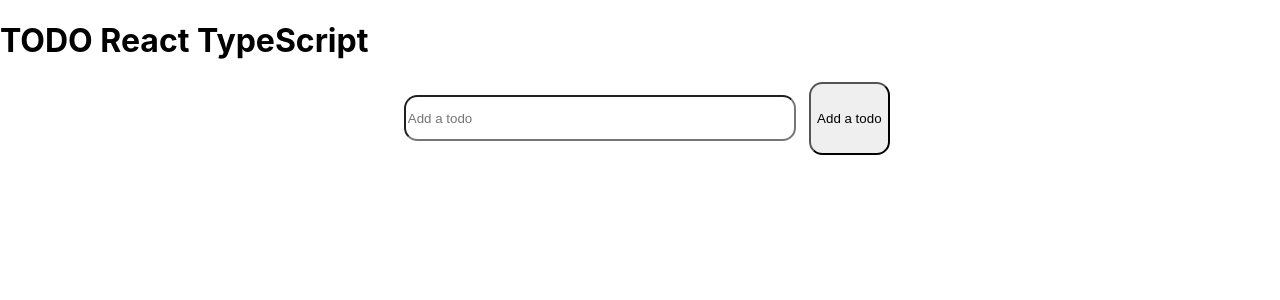
Repository: gligor99/todo-ts-react
Page: /
An editor plug-in stored every save of this project. The page is shown before and after the next save, followed by the edit.
The browser window is 1280 px wide. The pictures show the whole page.
The project was rebuilt for these pictures with package versions that can differ from the ones it lists, and the page was loaded fresh each time. Also part of the build but not shown: src/components/TodoListItem.tsx.

Above is the page before, as saved 2021-11-19 21:28:35.

After the next save:
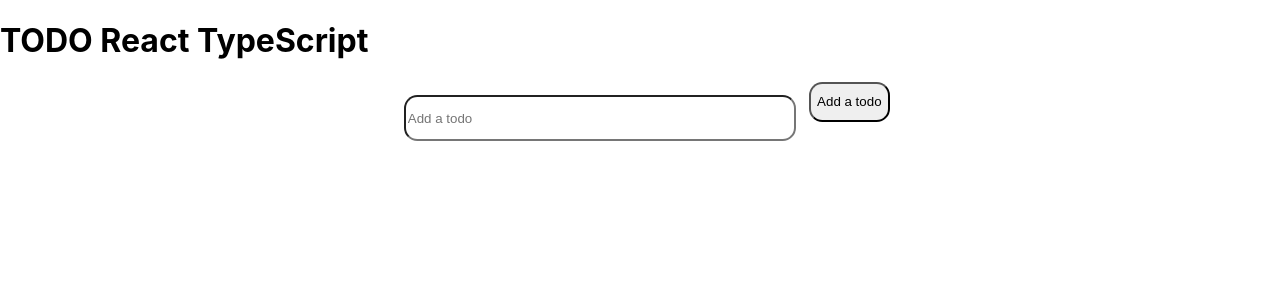
Saved 9 s later.
--- a/src/App.css
+++ b/src/App.css
@@ -10,4 +10,5 @@
 }
 .todo-button {
     border-radius: 1em;
+    height: 3em;
 }
